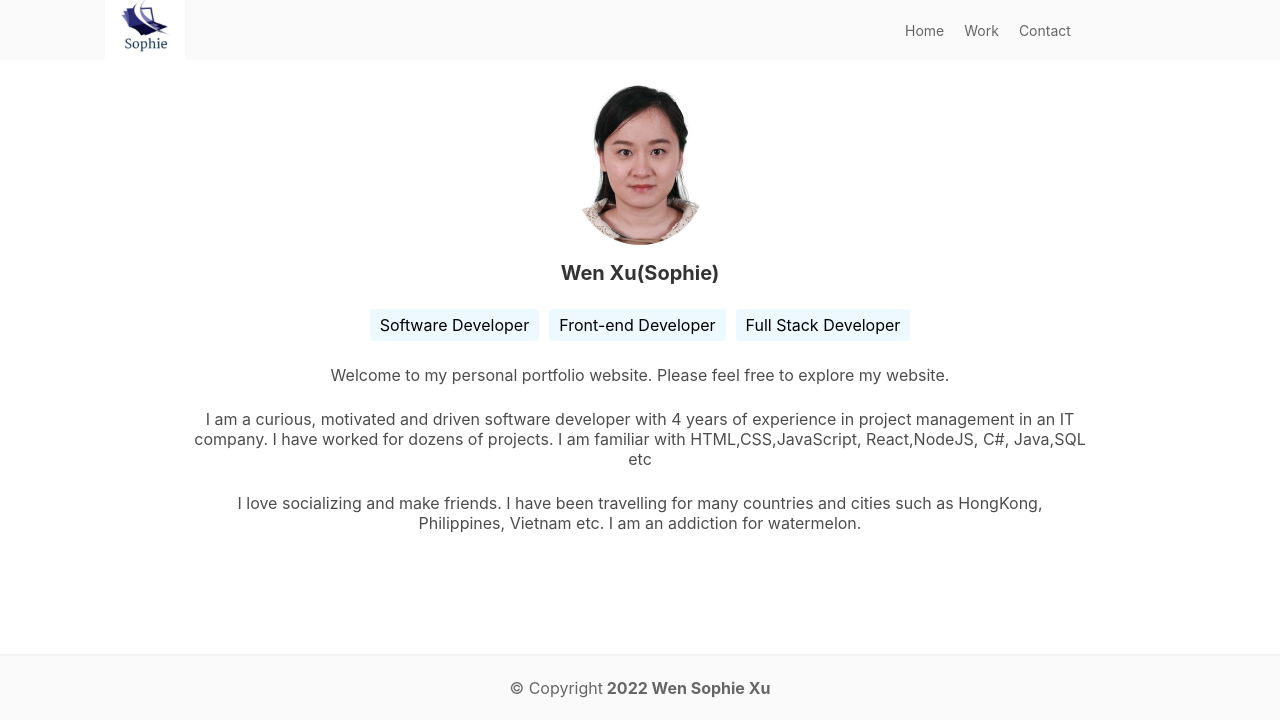
Repository: wenxi0504/myResume_app
Page: /
An editor plug-in stored every save of this project. The page is shown before and after the next save, followed by the edit.
The browser window is 1280 px wide. The pictures show the whole page.
The project was rebuilt for these pictures with package versions that can differ from the ones it lists, and the page was loaded fresh each time. Also part of the build but not shown: src/pages/WorkPage/works.module.scss, src/components/WorkLists/work.module.scss, src/components/WorkLists/index.js, src/pages/WorkPage/index.js, src/pages/Contact/contact.module.scss, src/pages/Contact/index.js.

Above is the page before, as saved 2022-01-04 23:03:33.

After the next save:
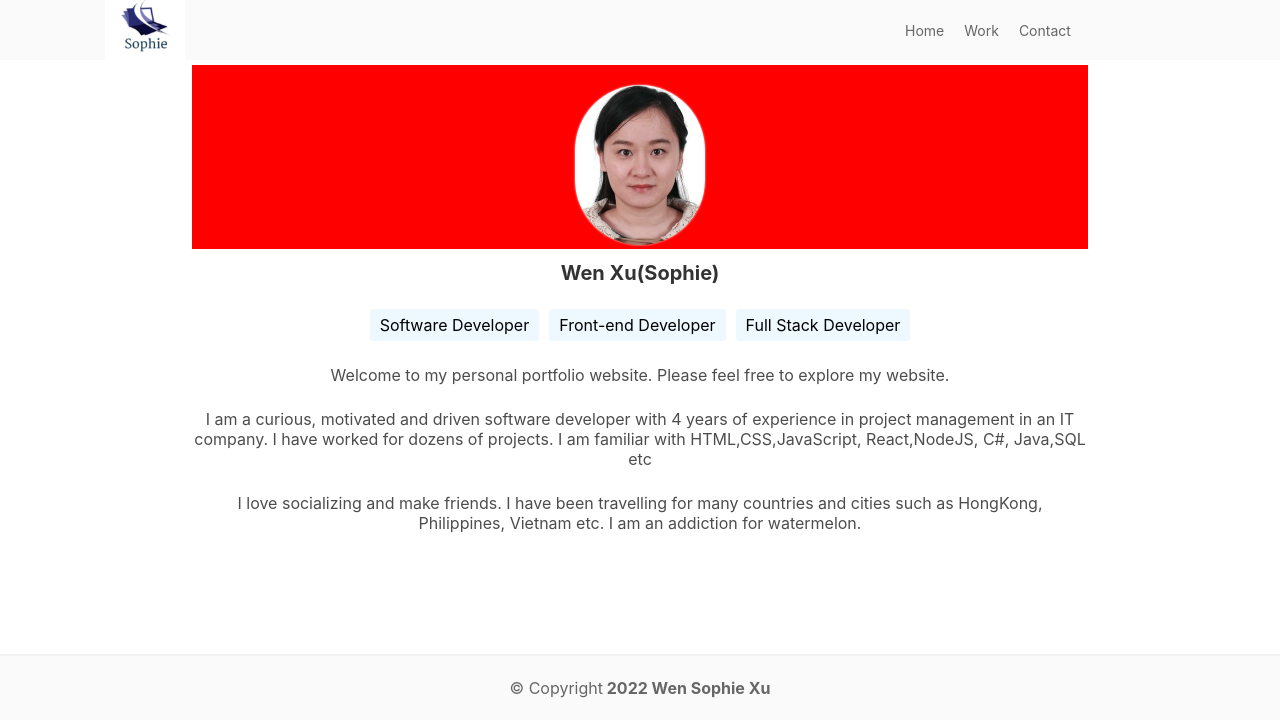
Saved 60 s later.
--- a/src/pages/HomePage/home.module.scss
+++ b/src/pages/HomePage/home.module.scss
@@ -9,18 +9,22 @@
       padding: 12px 0px;
       font-size: 20px;
     }
+    .backgroundColor{
+background: red;
+img {
+  width: 130px;
+  height: 160px;
+  border-radius: 150px;
+  margin-top: 20px;
+  box-shadow: 0px 0px 2px 0px rgb(253, 251, 251);
 
-    img {
-      width: 130px;
-      height: 160px;
-      border-radius: 150px;
-      margin-top: 20px;
-      box-shadow: 0px 0px 2px 0px rgb(253, 251, 251);
+}
+img:hover {
+  box-shadow: 0px 0px 15px 3px rgb(246, 239, 233);
+}
+    }
 
-    }
-    img:hover {
-      box-shadow: 0px 0px 15px 3px rgb(246, 239, 233);
-    }
+
 
     ul {
       display: flex;
